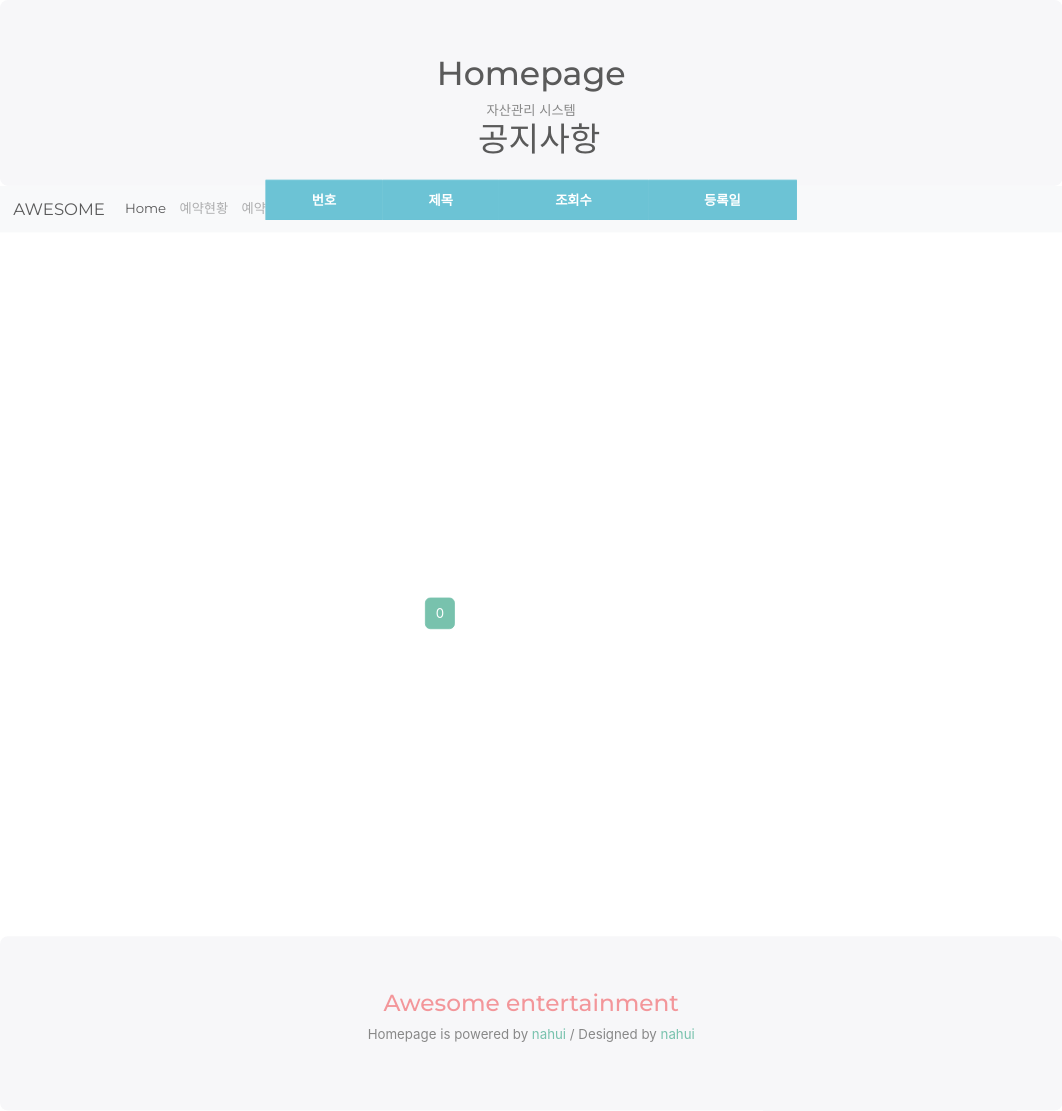
Repository: Nahui068/project1
Page: http://localhost/project1/WEB-INF/views/main.jsp
An editor plug-in stored every save of this project. The page is shown before and after the next save, followed by the edit.
The browser window is 1280 px wide. The pictures show the whole page, at 83% of full size.
The page is served by Tomcat 9. Nobody is signed in. The template is opened directly, without the code that normally fills it, so the values that code supplies are empty.

Above is the page before, as saved 2021-01-07 02:05:31.

After the next save:
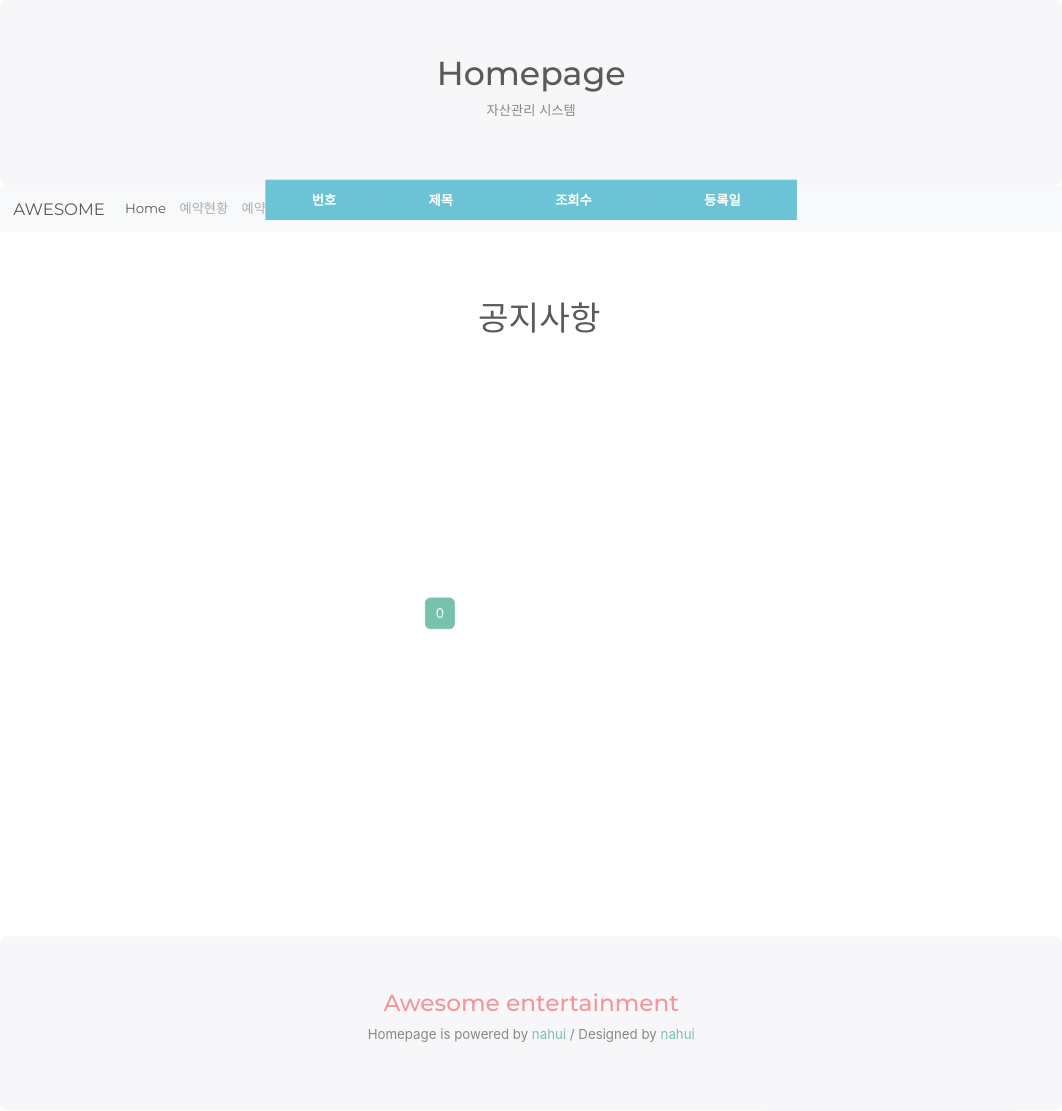
Saved 31 s later.
--- a/project1/src/main/webapp/WEB-INF/views/main.jsp
+++ b/project1/src/main/webapp/WEB-INF/views/main.jsp
@@ -61,7 +61,7 @@
 	<title>메인화면</title>
 </head>
 <body>
-	<h1 style="position:absolute; top:20%; left:45%;">공지사항</h1>
+	<h1 style="position:absolute; top:50%; left:45%;">공지사항</h1>
 	<table class="table table-hover" style="position:absolute; top:30%; left:25%; width:50%;">
 		<tr class="table-info" style="text-align:center;">
 			<th>번호</th>
